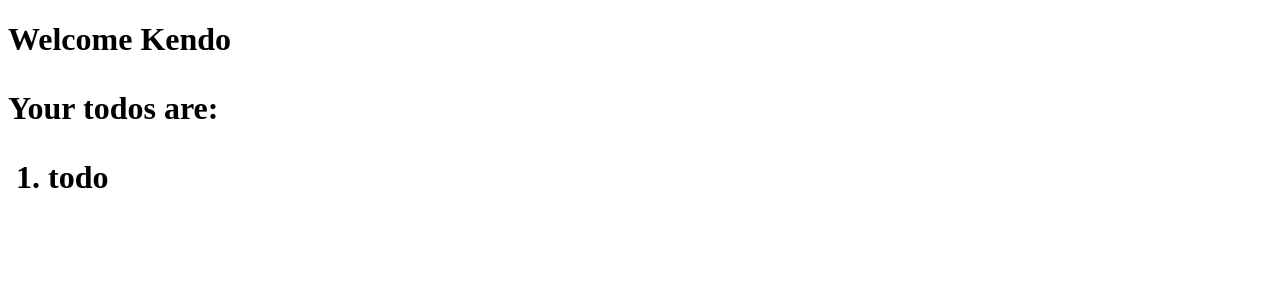
Repository: kenyoyo/java-servlets-jsp-webapp
Page: http://localhost/first-web-appliction/todo.do
The author's editor kept a copy of each file at every save. The page is drawn from the files as they stood at one save, then again after the next save.
The browser window is 1280 px wide. The pictures show the whole page.
The page is served by Tomcat 9. Other server files are loaded and not shown.

Above is the page before, as saved 2018-10-19 09:46:24.

### first-web-appliction/src/main/webapp/WEB-INF/views/todo.jsp
<%@ page language="java" contentType="text/html; charset=ISO-8859-1"
	pageEncoding="ISO-8859-1"%>
<!DOCTYPE html>
<html>
<head>
<meta charset="ISO-8859-1">
<title>Todo</title>
</head>
<body>
	<h1>Welcome ${name}<h1>
	<div>
	<p>Your todos are:</p>
	<ol>
	<c:forEach items="${todos}" var="todo">
	<li>todo</li>
	</c:forEach>
	</ol>
	</div>
</body>
</html>

### first-web-appliction/src/main/java/webapp/todo/TodoServlet.java
package webapp.todo;

import java.io.IOException;

import javax.servlet.ServletException;
import javax.servlet.annotation.WebServlet;
import javax.servlet.http.HttpServlet;
import javax.servlet.http.HttpServletRequest;
import javax.servlet.http.HttpServletResponse;

import webapp.todo.TodoService;

@WebServlet(urlPatterns = "/todo.do")
public class TodoServlet extends HttpServlet {

	private TodoService userValidationService = new TodoService();

	@Override
	protected void doGet(HttpServletRequest request, HttpServletResponse respones)
			throws ServletException, IOException {
		request.setAttribute("name", "Kendo");
		request.setAttribute("todos", TodoService.retrieveTodoList());
		request.getRequestDispatcher("/WEB-INF/views/todo.jsp").forward(request, respones);
	}

}

### first-web-appliction/src/main/java/webapp/todo/Todo.java
package webapp.todo;

public class Todo {
	private String task;

	public String getTask() {
		return task;
	}

	public void setTask(String task) {
		this.task = task;
	}

	public Todo(String task) {
		this.task = task;
	}

	@Override
	public String toString() {
		return task;
	}


}

After the next save:
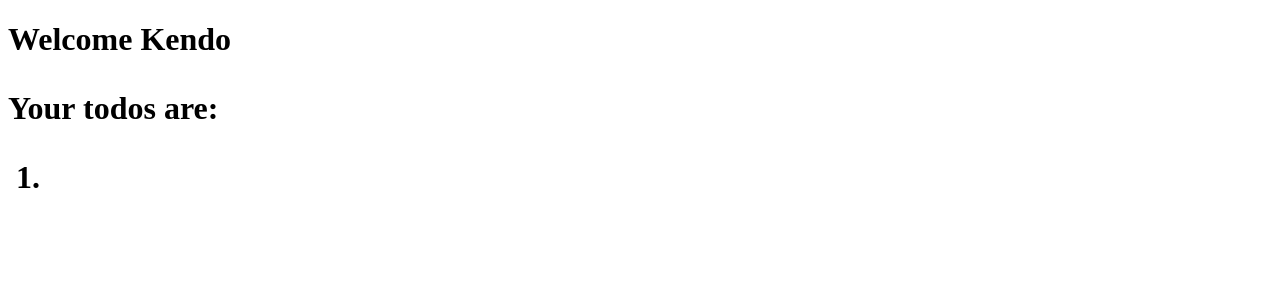
Saved 2 min 22 s later.
--- a/first-web-appliction/src/main/webapp/WEB-INF/views/todo.jsp
+++ b/first-web-appliction/src/main/webapp/WEB-INF/views/todo.jsp
@@ -12,7 +12,7 @@
 	<p>Your todos are:</p>
 	<ol>
 	<c:forEach items="${todos}" var="todo">
-	<li>todo</li>
+	<li>${todo}</li>
 	</c:forEach>
 	</ol>
 	</div>
